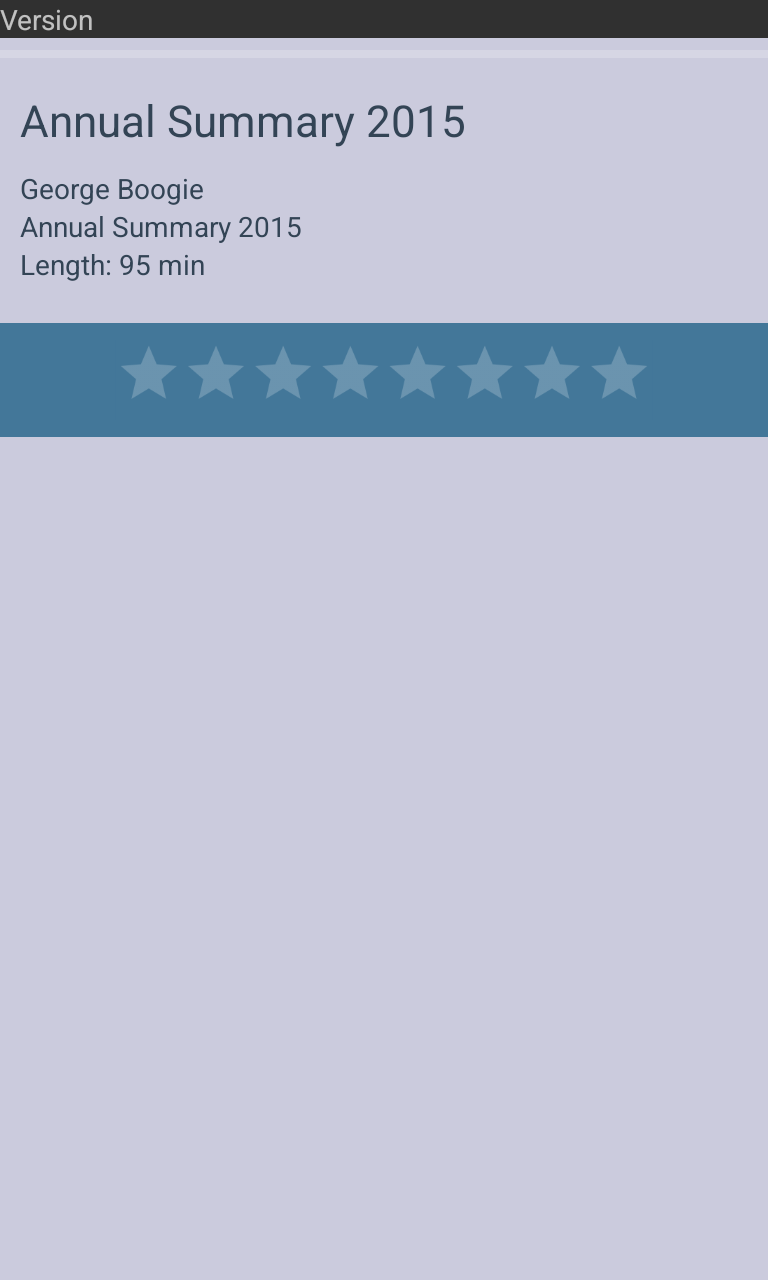
Repository: marooned071/ProjektZespolowy
Layout: Android Final + dokumentacja/android/qrpoll/res/layout/activity_poll.xml
The author's editor kept a copy of each file at every save. The layout is drawn from the files as they stood at one save, then again after the next save.
It is drawn on a 768 x 1280 px phone screen (xhdpi) without system bars, with theme Theme.AppCompat; the app's code is not run. Lists and similar views that code fills are empty.

Above is the layout before, as saved 2014-06-04 19:53:31.

After the next save:
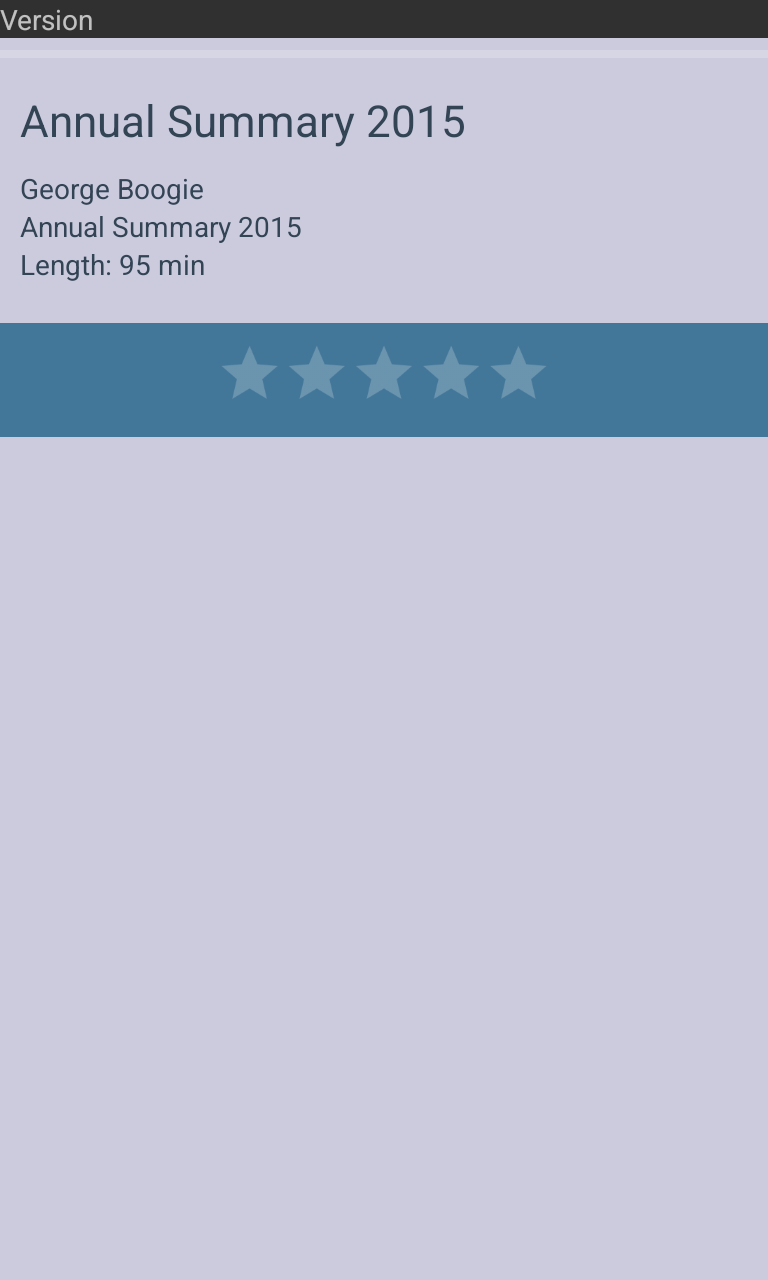
Saved 13 min 22 s later.
--- a/Android Final + dokumentacja/android/qrpoll/res/layout/activity_poll.xml
+++ b/Android Final + dokumentacja/android/qrpoll/res/layout/activity_poll.xml
@@ -98,10 +98,10 @@
 
         <RatingBar
             android:id="@+id/ratingBar1"
-            android:layout_width="match_parent"
+            android:layout_width="wrap_content"
             android:layout_height="wrap_content"
             android:background="#437799"
-            android:duplicateParentState="false"
+            android:isIndicator="true"
             android:gravity="center_horizontal"
             android:numStars="5"
             android:scaleX="0.7"
